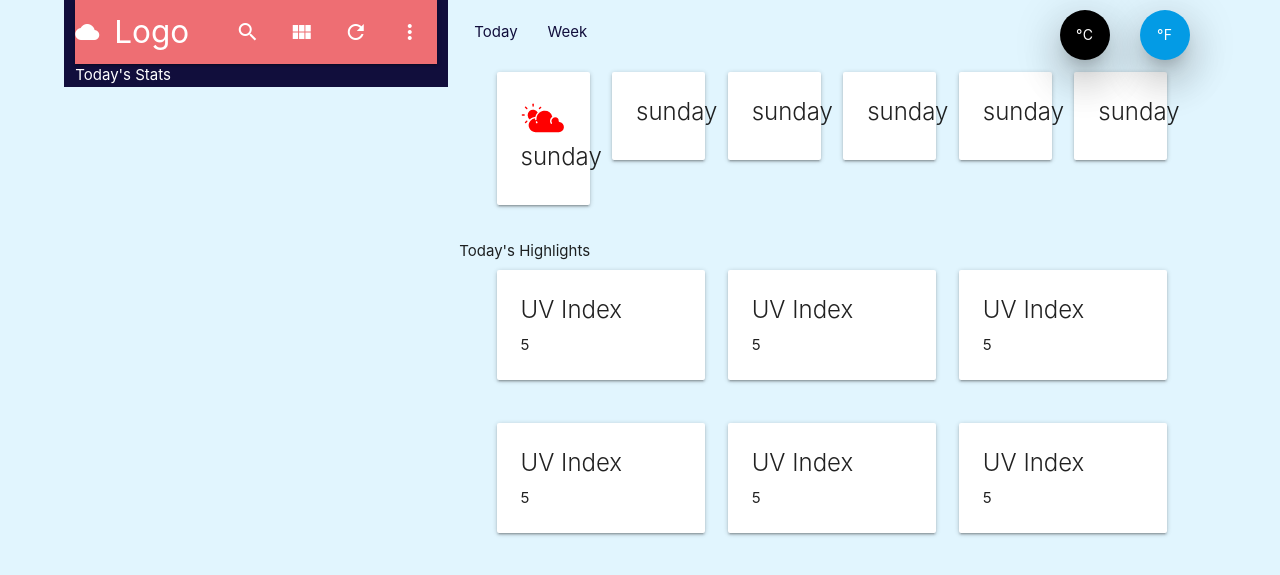
Repository: latenightsnacc/Static-Web-Projects
Page: weather-app/index.html
An editor plug-in stored every save of this project. The page is shown before and after the next save, followed by the edit.
The browser window is 1280 px wide. The pictures show the whole page.
The style sheet was rebuilt from its Sass, Less or Tailwind sources for each picture, by a compiler version that may differ from the author's.

Above is the page before, as saved 2020-07-14 11:58:31.

After the next save:
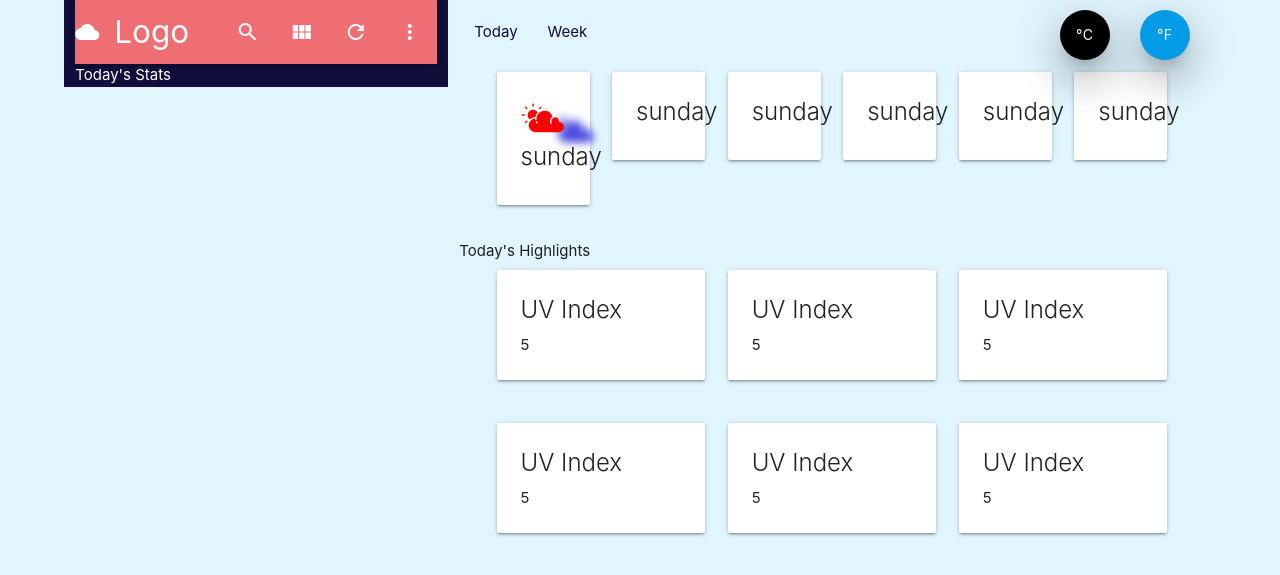
Saved 5 s later.
--- a/weather-app/styles/stylesheet.scss
+++ b/weather-app/styles/stylesheet.scss
@@ -24,7 +24,7 @@
 
         background-color: transparent;
         fill: red;
-
+        filter: drop-shadow(30px 10px 4px #4444dd);
     }
 }
 .btn {

After the save that followed:
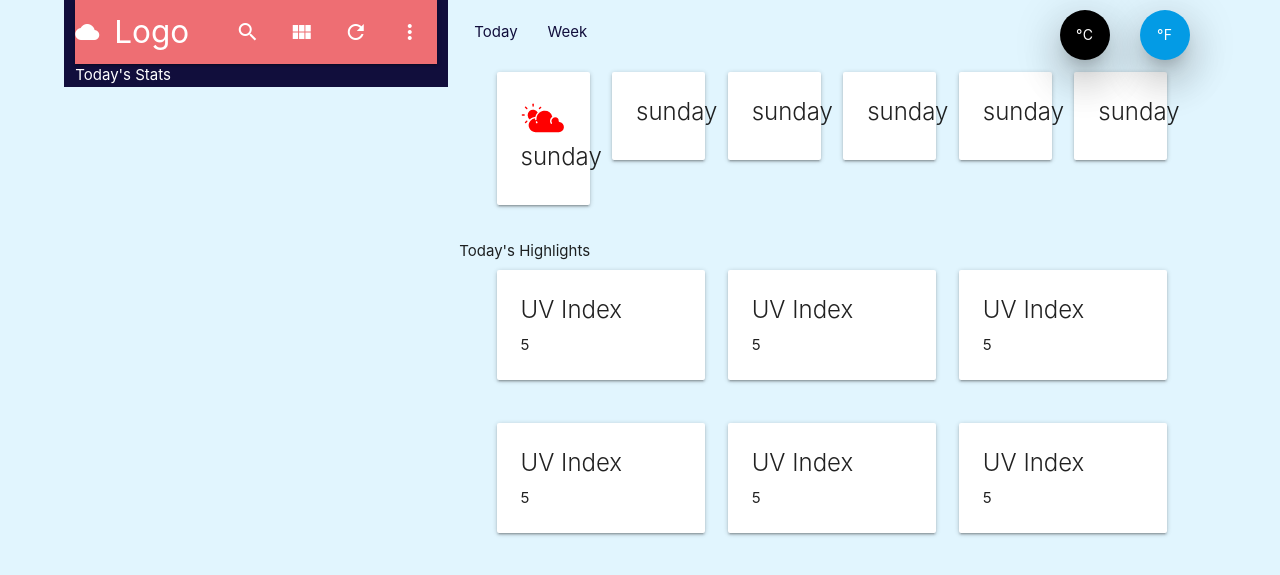
Saved 119 s later.
--- a/weather-app/styles/stylesheet.scss
+++ b/weather-app/styles/stylesheet.scss
@@ -24,7 +24,8 @@
 
         background-color: transparent;
         fill: red;
-        filter: drop-shadow(30px 10px 4px #4444dd);
+        // filter: drop-shadow(30px 10px 4px #4444dd);
+        filter:  24px 38px 3px rgba(0,0,0,0.14), 0 9px 46px 8px rgba(0,0,0,0.12), 0 11px 15px -7px rgba(0,0,0,0.2);
     }
 }
 .btn {
